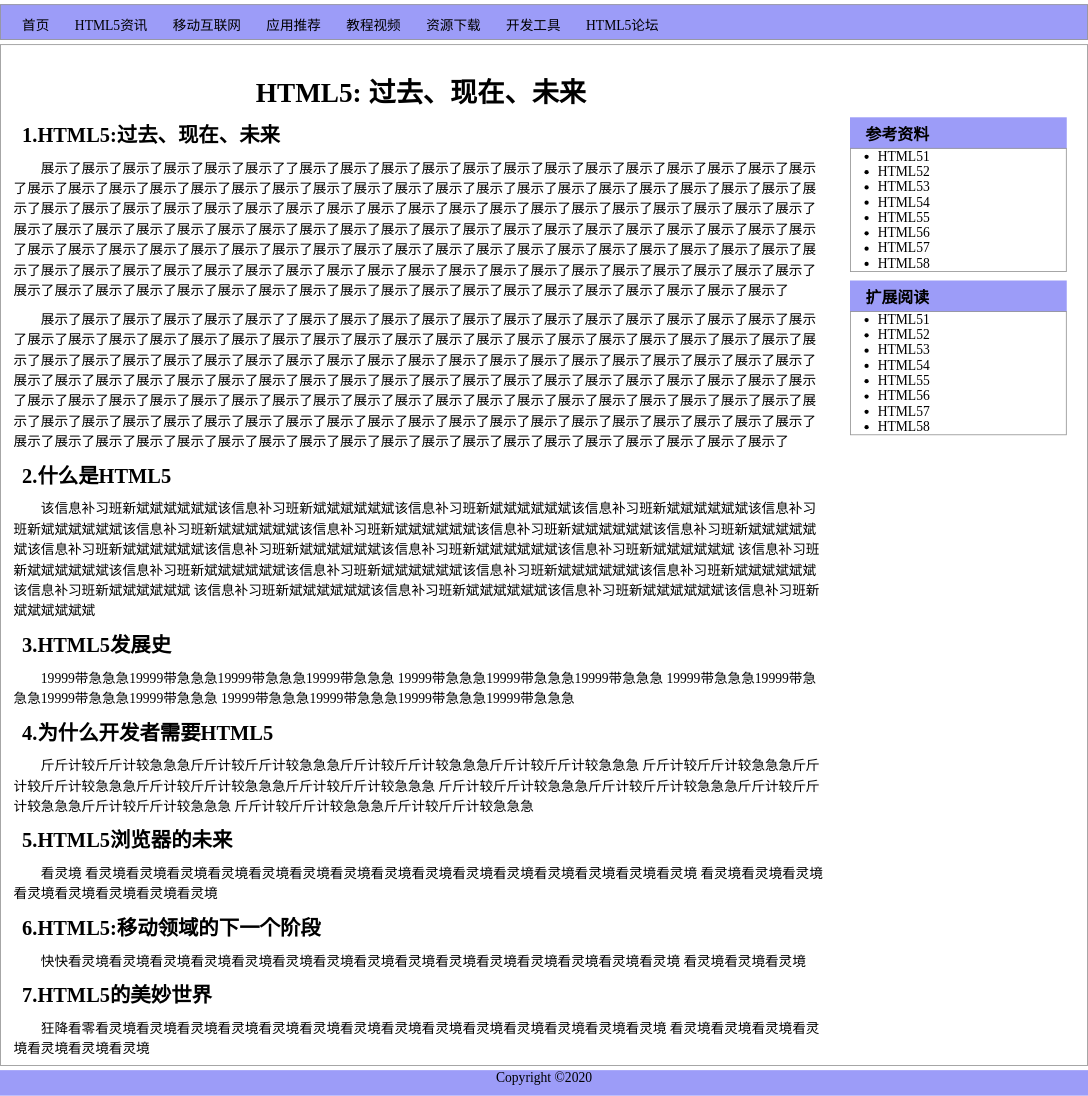
Repository: LstHeart/html-learning
Page: css/案例作业2.html
An editor plug-in stored every save of this project. The page is shown before and after the next save, followed by the edit.
The browser window is 1280 px wide. The pictures show the whole page, at 85% of full size.

Above is the page before, as saved 2021-01-05 23:25:06.

### css/案例作业2.html
<!DOCTYPE html>
<html lang="en">
<head>
    <meta charset="UTF-8">
    <meta name="viewport" content="width=device-width, initial-scale=1.0">
    <title>HTML5</title>
    <link rel="stylesheet" href="html5.css">
</head>
<body>
    <div class="header">
        <ul class="head-ul">
            <li>首页</li>
            <li>HTML5资讯</li>
            <li>移动互联网</li>
            <li>应用推荐</li>
            <li>教程视频</li>
            <li>资源下载</li>
            <li>开发工具</li>
            <li>HTML5论坛</li>
        </ul>
    </div>
    <div class="content">

        <div class="leftside">
            <h1>HTML5: 过去、现在、未来</h1>
            <h2>1.HTML5:过去、现在、未来</h2>
            <p>展示了展示了展示了展示了展示了展示了了展示了展示了展示了展示了展示了展示了展示了展示了展示了展示了展示了展示了展示了展示了展示了展示了展示了展示了展示了展示了展示了展示了展示了展示了展示了展示了展示了展示了展示了展示了展示了展示了展示了展示了展示了展示了展示了展示了展示了展示了展示了展示了展示了展示了展示了展示了展示了展示了展示了展示了展示了展示了展示了展示了展示了展示了展示了展示了展示了展示了展示了展示了展示了展示了展示了展示了展示了展示了展示了展示了展示了展示了展示了展示了展示了展示了展示了展示了展示了展示了展示了展示了展示了展示了展示了展示了展示了展示了展示了展示了展示了展示了展示了展示了展示了展示了展示了展示了展示了展示了展示了展示了展示了展示了展示了展示了展示了展示了展示了展示了展示了展示了展示了展示了展示了展示了展示了展示了展示了展示了展示了展示了展示了展示了展示了展示了展示了展示了展示了展示了</p>
            <p>展示了展示了展示了展示了展示了展示了了展示了展示了展示了展示了展示了展示了展示了展示了展示了展示了展示了展示了展示了展示了展示了展示了展示了展示了展示了展示了展示了展示了展示了展示了展示了展示了展示了展示了展示了展示了展示了展示了展示了展示了展示了展示了展示了展示了展示了展示了展示了展示了展示了展示了展示了展示了展示了展示了展示了展示了展示了展示了展示了展示了展示了展示了展示了展示了展示了展示了展示了展示了展示了展示了展示了展示了展示了展示了展示了展示了展示了展示了展示了展示了展示了展示了展示了展示了展示了展示了展示了展示了展示了展示了展示了展示了展示了展示了展示了展示了展示了展示了展示了展示了展示了展示了展示了展示了展示了展示了展示了展示了展示了展示了展示了展示了展示了展示了展示了展示了展示了展示了展示了展示了展示了展示了展示了展示了展示了展示了展示了展示了展示了展示了展示了展示了展示了展示了展示了展示了</p>
            <h2>2.什么是HTML5</h2>
            <p>该信息补习班新斌斌斌斌斌斌该信息补习班新斌斌斌斌斌斌该信息补习班新斌斌斌斌斌斌该信息补习班新斌斌斌斌斌斌该信息补习班新斌斌斌斌斌斌该信息补习班新斌斌斌斌斌斌该信息补习班新斌斌斌斌斌斌该信息补习班新斌斌斌斌斌斌该信息补习班新斌斌斌斌斌斌该信息补习班新斌斌斌斌斌斌该信息补习班新斌斌斌斌斌斌该信息补习班新斌斌斌斌斌斌该信息补习班新斌斌斌斌斌斌
                该信息补习班新斌斌斌斌斌斌该信息补习班新斌斌斌斌斌斌该信息补习班新斌斌斌斌斌斌该信息补习班新斌斌斌斌斌斌该信息补习班新斌斌斌斌斌斌该信息补习班新斌斌斌斌斌斌
                该信息补习班新斌斌斌斌斌斌该信息补习班新斌斌斌斌斌斌该信息补习班新斌斌斌斌斌斌该信息补习班新斌斌斌斌斌斌
            </p>
            <h2>3.HTML5发展史</h2>
            <p>19999带急急急19999带急急急19999带急急急19999带急急急
                19999带急急急19999带急急急19999带急急急
                19999带急急急19999带急急急19999带急急急19999带急急急
                19999带急急急19999带急急急19999带急急急19999带急急急
            </p>
            <h2>4.为什么开发者需要HTML5</h2>
            <p>斤斤计较斤斤计较急急急斤斤计较斤斤计较急急急斤斤计较斤斤计较急急急斤斤计较斤斤计较急急急
                斤斤计较斤斤计较急急急斤斤计较斤斤计较急急急斤斤计较斤斤计较急急急斤斤计较斤斤计较急急急
                斤斤计较斤斤计较急急急斤斤计较斤斤计较急急急斤斤计较斤斤计较急急急斤斤计较斤斤计较急急急
                斤斤计较斤斤计较急急急斤斤计较斤斤计较急急急
            </p>
            <h2>5.HTML5浏览器的未来</h2>
            <p>看灵境
                看灵境看灵境看灵境看灵境看灵境看灵境看灵境看灵境看灵境看灵境看灵境看灵境看灵境看灵境看灵境
                看灵境看灵境看灵境看灵境看灵境看灵境看灵境看灵境
            </p>
            <h2>6.HTML5:移动领域的下一个阶段</h2>
            <p>快快看灵境看灵境看灵境看灵境看灵境看灵境看灵境看灵境看灵境看灵境看灵境看灵境看灵境看灵境看灵境
                看灵境看灵境看灵境
            </p>
            <h2>7.HTML5的美妙世界</h2>
            <p>狂降看零看灵境看灵境看灵境看灵境看灵境看灵境看灵境看灵境看灵境看灵境看灵境看灵境看灵境看灵境
                看灵境看灵境看灵境看灵境看灵境看灵境看灵境
            </p>
        </div>
        <div class="rightside">
            <h3>参考资料</h3>
            <ul>
                <li>HTML51</li>
                <li>HTML52</li>
                <li>HTML53</li>
                <li>HTML54</li>
                <li>HTML55</li>
                <li>HTML56</li>
                <li>HTML57</li>
                <li>HTML58</li>
            </ul>
            <h3>扩展阅读</h3>
            <ul>
                <li>HTML51</li>
                <li>HTML52</li>
                <li>HTML53</li>
                <li>HTML54</li>
                <li>HTML55</li>
                <li>HTML56</li>
                <li>HTML57</li>
                <li>HTML58</li>
            </ul>
        </div>
    </div>
    <div class="footer">
        Copyright &copy;2020
    </div>
</body>
</html>

### css/html5.css
*{
    padding: 0;
    margin: 0;
}
li{
    list-style: none;
}
a{
    text-decoration: none;
}
.header{
    padding-bottom:10px;
    border: 1px solid rgb(151, 151, 151);
}
 .head-ul{
    /* margin: 10px auto; */
    padding-left: 10px;
    padding-bottom: 10px;
    /* background-color: rgb(248, 4, 4); */
    position: absolute;
    overflow: hidden;
}
.header,.footer{
    height: 30px;
    background-color: #3b3bf180;
    margin: 5px auto;
    text-align: center;
}
.header li{
    float: left;
    margin:10px 15px;

}
.content{
    /* background-color:antiquewhite; */
    height: 1200px;
    /* margin: 10px auto; */
    border: 1px solid rgb(151, 151, 151);
    overflow: hidden;
    /* overflow-wrap: break-word; */
}
.content h1{
    text-align: center;
    font-family: '黑体';
    margin-top: 30px;
    margin-bottom: 10px;

}

.content .leftside,.rightside{
    float: left;
    height: 900px;
}
.content .leftside{
    width: 75%;
    margin: 0 10px;
    padding: 0 5px;

}
.content .rightside{
    position: relative;
    margin-top:85px;
    margin-left:10px;
    width: 20%;
}
.content h2{
    /* border:#5a5ac2 1px solid; */
    padding-left: 10px;
}
.content p{
    font-family: '楷体';
    text-indent: 2em;
    margin: 10px 0;
    /* line-height: 1; */
}
.content h3{
    font-family: '黑体';
    /* border: 1px solid #ffffff; */
    background-color: #3b3bf180;
    padding: 5px 1em;
}
.content ul{
    /* background-color: #9ee7e1; */
    border: 1px solid rgb(151, 151, 151);
    margin-top: -1px;
    margin-bottom: 10px;
}
.content ul li{
    list-style:disc;
    margin-left: 2em;
}
.footer{
    margin-bottom: 0;
}

After the next save:
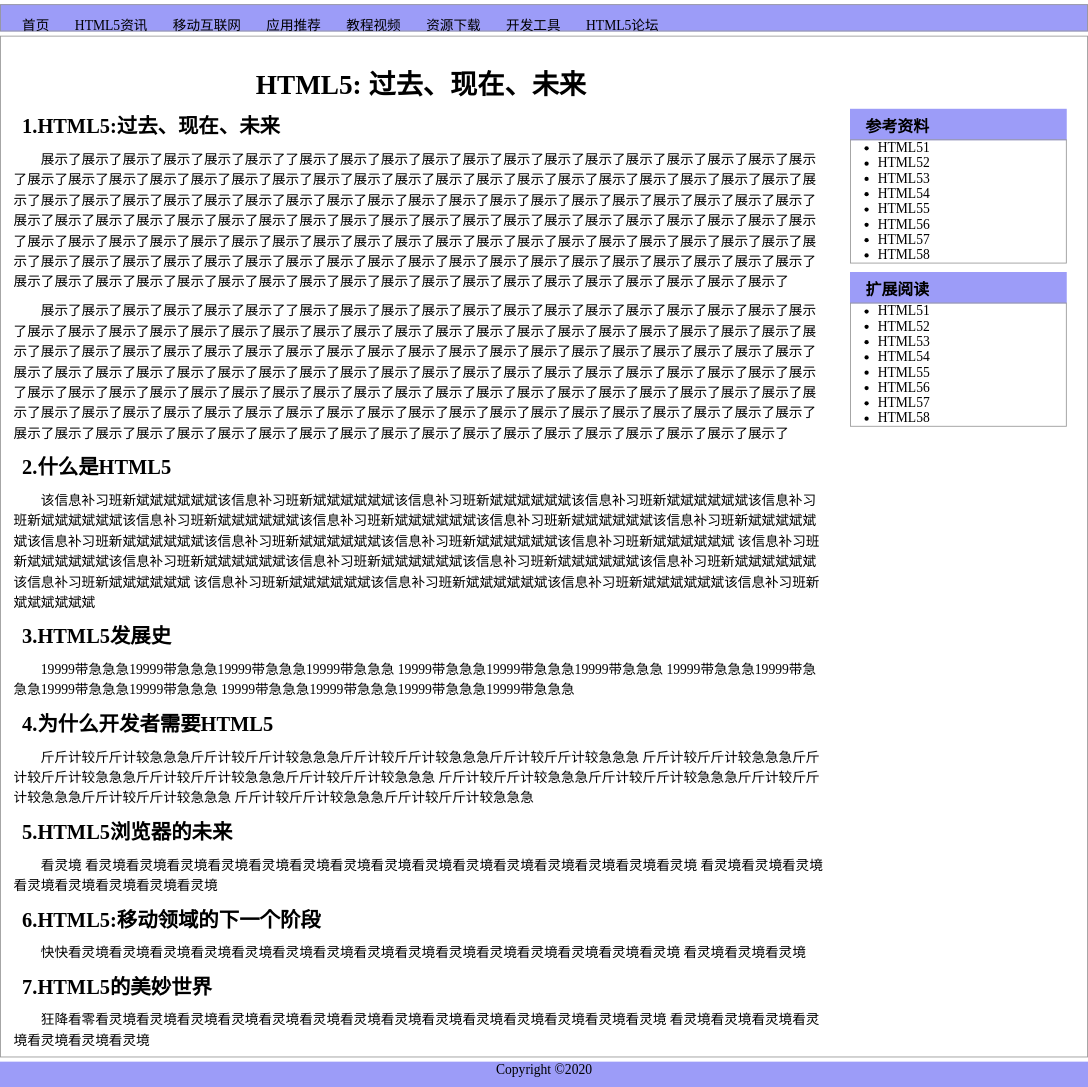
Saved 16 s later.
--- a/css/html5.css
+++ b/css/html5.css
@@ -9,7 +9,7 @@
     text-decoration: none;
 }
 .header{
-    padding-bottom:10px;
+    /* padding-bottom:10px; */
     border: 1px solid rgb(151, 151, 151);
 }
  .head-ul{

After the save that followed:
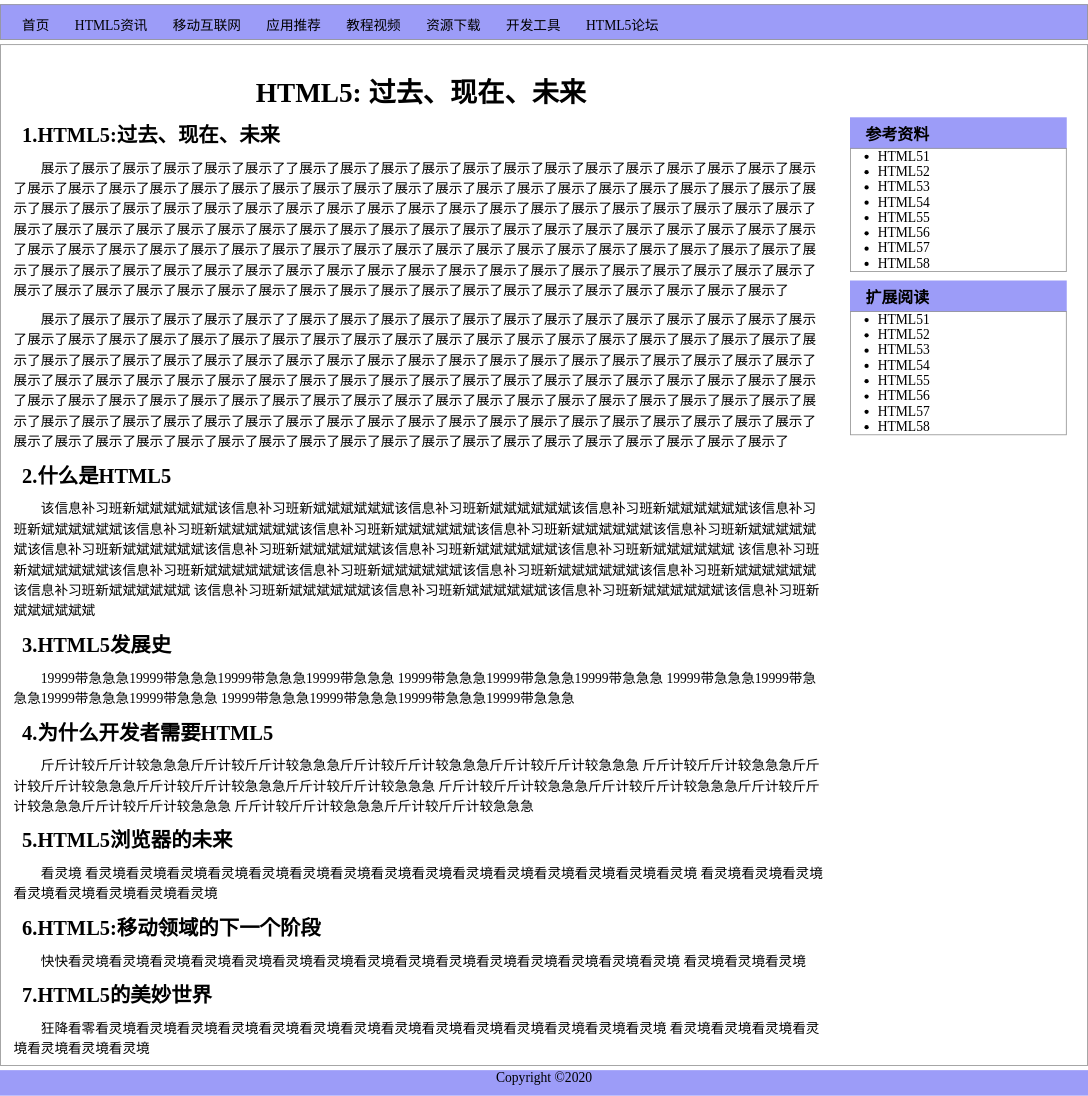
Saved 14 s later.
--- a/css/html5.css
+++ b/css/html5.css
@@ -9,7 +9,7 @@
     text-decoration: none;
 }
 .header{
-    /* padding-bottom:10px; */
+    padding-bottom:10px;
     border: 1px solid rgb(151, 151, 151);
 }
  .head-ul{
